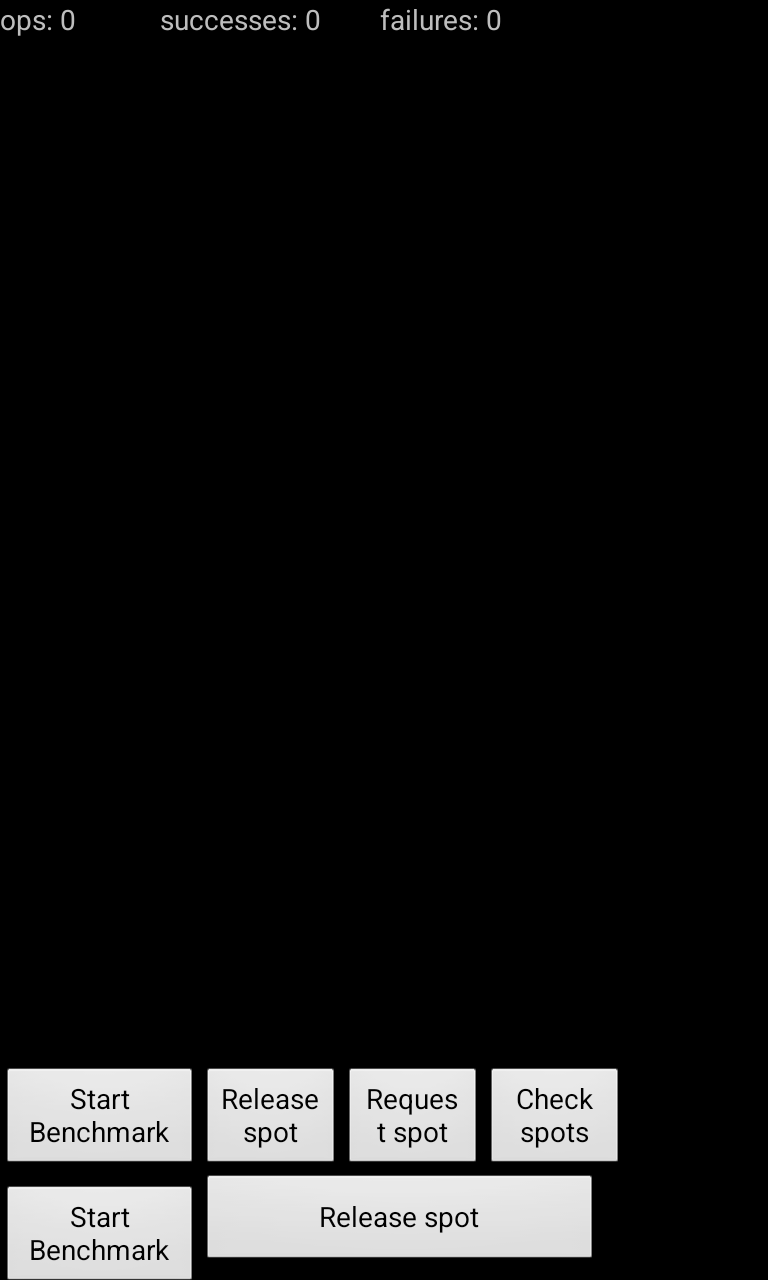
Repository: jasongao/csmcode
Layout: current/workspace/SMCloud/res/layout/main.xml
An editor plug-in stored every save of this project. The layout is shown before and after the next save, followed by the edit.
It is drawn on a 768 x 1280 px phone screen (xhdpi) without system bars, with theme android:Theme; the app's code is not run. Lists and similar views that code fills are empty.

Above is the layout before, as saved 2011-07-14 16:13:34.

After the next save:
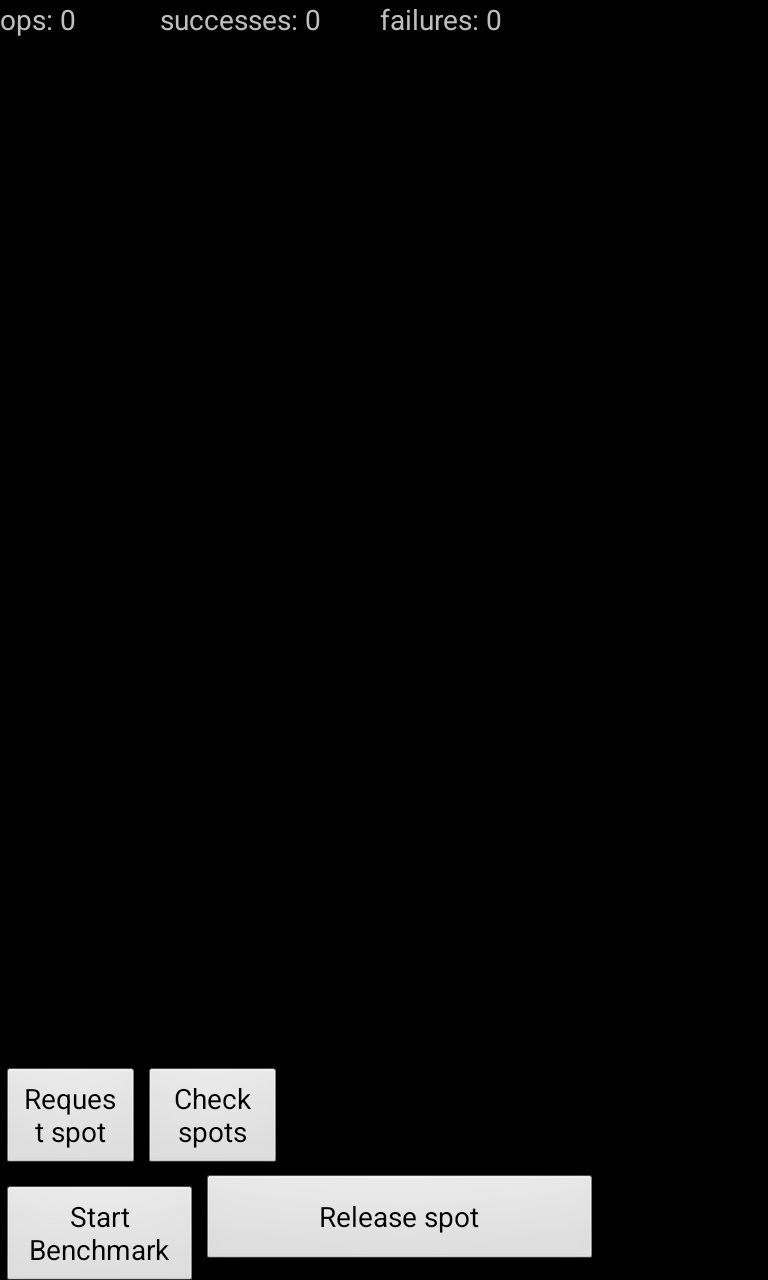
Saved 10 s later.
--- a/current/workspace/SMCloud/res/layout/main.xml
+++ b/current/workspace/SMCloud/res/layout/main.xml
@@ -22,12 +22,6 @@
 		android:orientation="horizontal" android:layout_height="wrap_content"
 		android:id="@+id/RequestLayout">
 		<Button android:layout_height="wrap_content"
-			android:layout_width="100dip" android:text="Start Benchmark"
-			android:id="@+id/testcsm_button"></Button>
-		<Button android:layout_height="wrap_content"
-			android:layout_width="71dip" android:text="Release spot"
-			android:id="@+id/releaseparking_button"></Button>
-		<Button android:layout_height="wrap_content"
 			android:layout_width="71dip" android:text="Request spot"
 			android:id="@+id/requestparking_button"></Button>
 		<Button android:layout_height="wrap_content"
